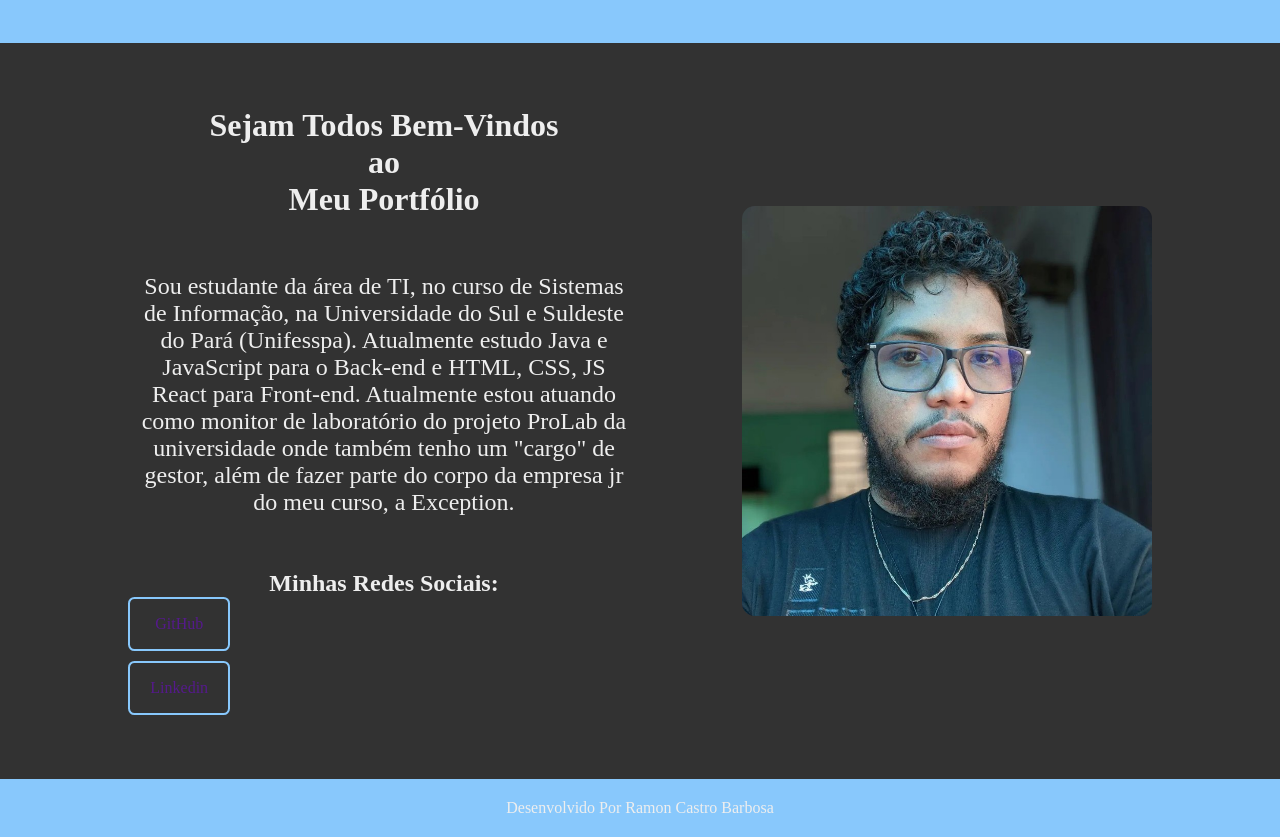
Repository: ramoncbarbosa/Web1_Atividade2
Page: index.html
The author's editor kept a copy of each file at every save. The page is drawn from the files as they stood at one save, then again after the next save.
The browser window is 1280 px wide. The pictures show the whole page.

Above is the page before, as saved 2023-06-10 16:42:34.

### index.html
<!DOCTYPE html>
<html lang="en-US">
<head>
    <meta charset="UTF-8">
    <meta name="viewport" content="width=device-width, initial-scale=1.0">
    <link rel="stylesheet" href="./styles/styles.css">
    <title>Portfólio</title>
</head>
<body>
    <header class="cabecalho">
        <nav>
           <a href=""></a>
           <a href=""></a>
        </nav>
    </header>
    <section></section>
    <main class="principal">
        <section class="principal__principal">
            <h1 class="principal__titulo"><strong>Sejam Todos Bem-Vindos<br> ao<br> Meu Portfólio</strong></h1>
            <p class="principal__texto">
                Sou estudante da área de TI, no curso de Sistemas de Informação, na Universidade do Sul e Suldeste do Pará (Unifesspa). Atualmente estudo Java e JavaScript para o Back-end e HTML, CSS, JS React para Front-end.
                    Atualmente estou atuando como monitor de laboratório do projeto ProLab da universidade onde também tenho um "cargo" de gestor, além de fazer parte do corpo da empresa jr do meu curso, a Exception.
            </p>
            <div class="princiapl__links">
                <h2 class="secundario__titulo">Minhas Redes Sociais:</h2>
                <a target="_blank" id="github" href=""><img src="" alt="">GitHub</a>
                <a target="_blank" id="linkedin" href=""><img src="" alt="">Linkedin</a>
            </div>
        </section>
            <img class="imagem" src="./img/perfil.jpg" alt="">
    </main>
    <footer class="rodape">
        <p class="rodape__rodape">Desenvolvido Por Ramon Castro Barbosa</p>
    </footer>
</body>
</html>

### styles/styles.css
*{
    padding: 0;
    margin: 0;
    box-sizing: border-box;
    text-decoration: none;
    gap: 0;
}

:root{
    --cor-um: #88c8fc;
    --cor-dois: #EEEEEE;
    --cor-tres: #323232;
}

body{
    width: 100%;
    height: 80vh;
    box-sizing: border-box;
    background-color: var(--cor-tres);
    color: var(--cor-dois);
}

.cabecalho{
    width: 100%;
    height: 6vh;
    padding: 2% 0 0 10%;
    gap: 5rem;
    display: flex;
    background-color: var(--cor-um);
}

.principal{
    justify-content: space-between;
    display: flex;
    align-items: center;
    padding: 5% 10%;

}

.principal__principal{
    width: 50%;
    display: flex;
    flex-direction: column;
    gap: 1.8rem;
    text-align: center;
}

.principal__titulo{
    text-align: center;
    justify-content: center;
    font-size: 32px;
}

.principal__texto{
    display: flex;
    align-items: center;
    flex-wrap: wrap;
    justify-content: space-around;
    padding: 5% 2%;
    font-size: 24px;
}

.principal__links{
    display: flex;
    flex-direction: row;
    justify-content: center;
    align-items: center;
    padding: 0;
    text-align: center;
}


#github{
    display: flex;
    align-items: center;
    justify-content: center;
    text-align: center;
    border: 2px solid var(--cor-um);
    border-radius: 0.4rem;
    width: 20%;
    text-decoration: none;
    padding: 1rem 0;
    margin-bottom: 2%;
}

#linkedin{
    display: flex;
    align-items: center;
    justify-content: center;
    text-align: center;
    border: 2px solid var(--cor-um);
    border-radius: 0.4rem;
    width: 20%;
    text-decoration: none;
    padding: 1rem 0;
}

.imagem{
    width: 40%;
    display: flex;
    justify-content: center;
    border-radius: 0.8rem;
}

.rodape{
    width: 100%;
    height: 8vh;
    display: flex;
    align-items: center;
    flex-wrap: wrap;
    justify-content: space-around;

    background-color: var(--cor-um);
}

.rodape__rodape{
    text-align: center;
    padding: 1.5%;
}

After the next save:
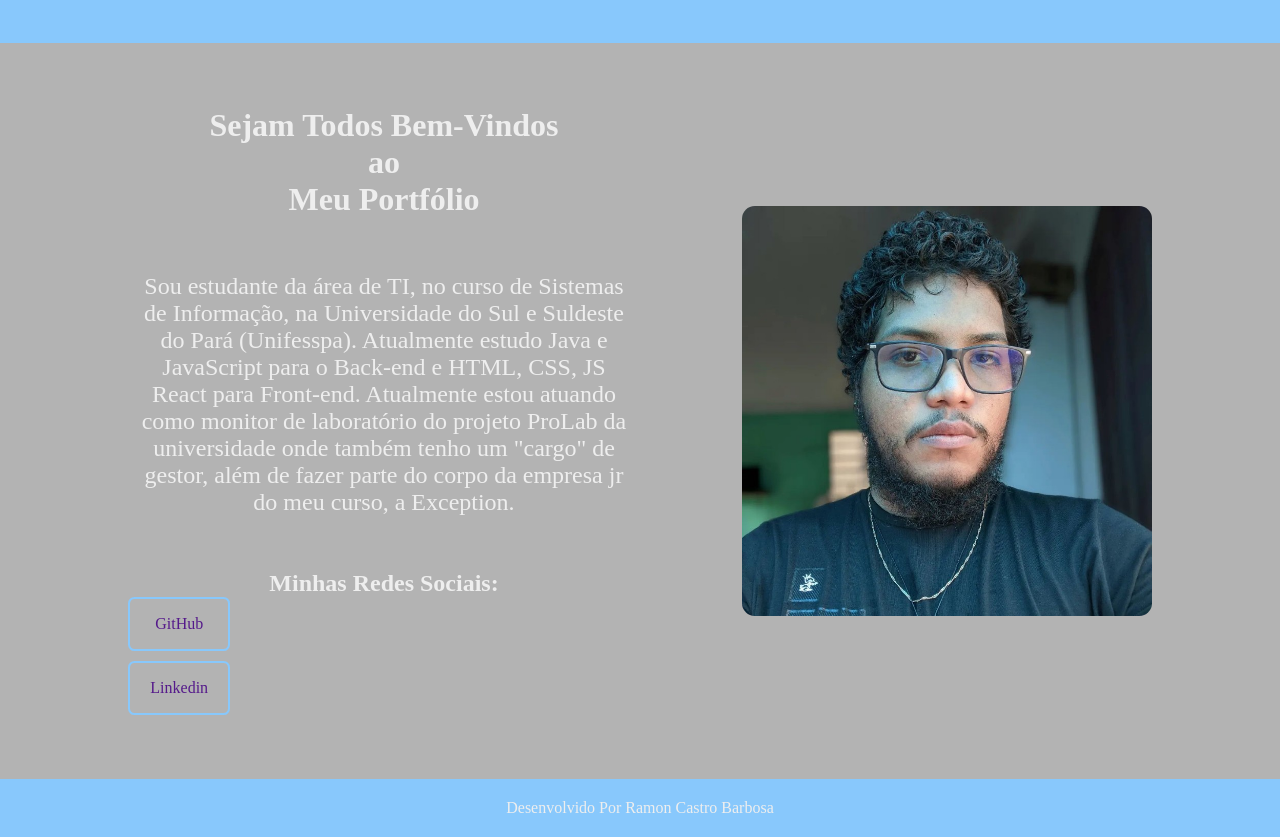
Saved 16 s later.
--- a/styles/styles.css
+++ b/styles/styles.css
@@ -9,7 +9,7 @@
 :root{
     --cor-um: #88c8fc;
     --cor-dois: #EEEEEE;
-    --cor-tres: #323232;
+    --cor-tres: #b3b3b3;
 }
 
 body{
